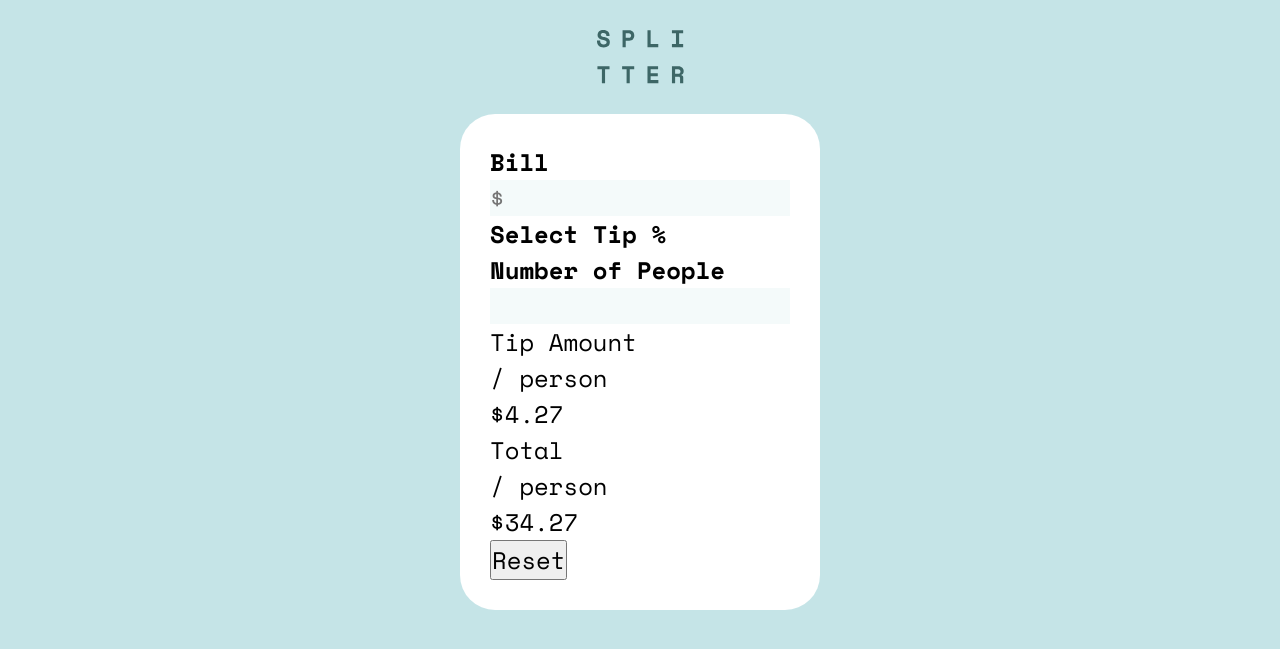
Repository: tomas938/tipcalculator
Page: /
These files come from the project's save history. The page is drawn as it stood at one moment and after the next save; the edit follows.
The browser window is 1280 px wide. The pictures show the whole page.
The project was rebuilt for these pictures with package versions that can differ from the ones it lists, and the page was loaded fresh each time.

Above is the page before, as saved 2021-08-03 22:04:33.

After the next save:
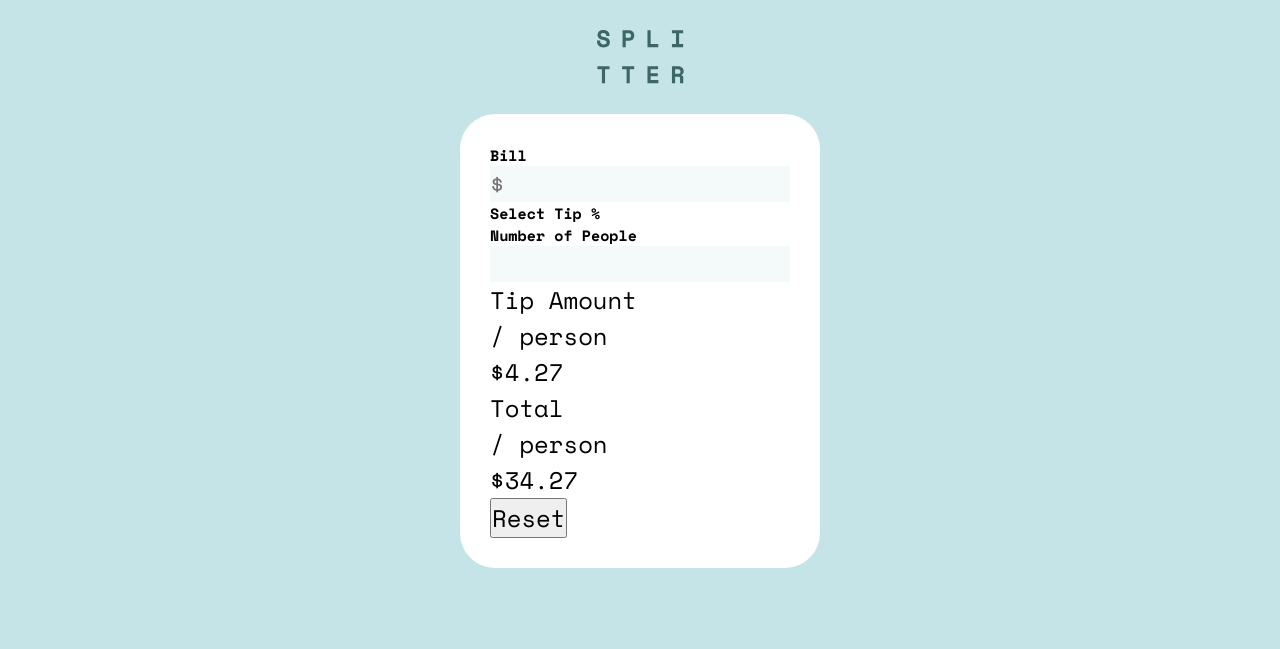
Saved 9 s later.
--- a/src/components/Splitter.vue
+++ b/src/components/Splitter.vue
@@ -70,5 +70,6 @@ input {
 	background-color: hsl(189, 41%, 97%);
 }
 h3 {
+	font-size: 15px;
 }
 </style>
